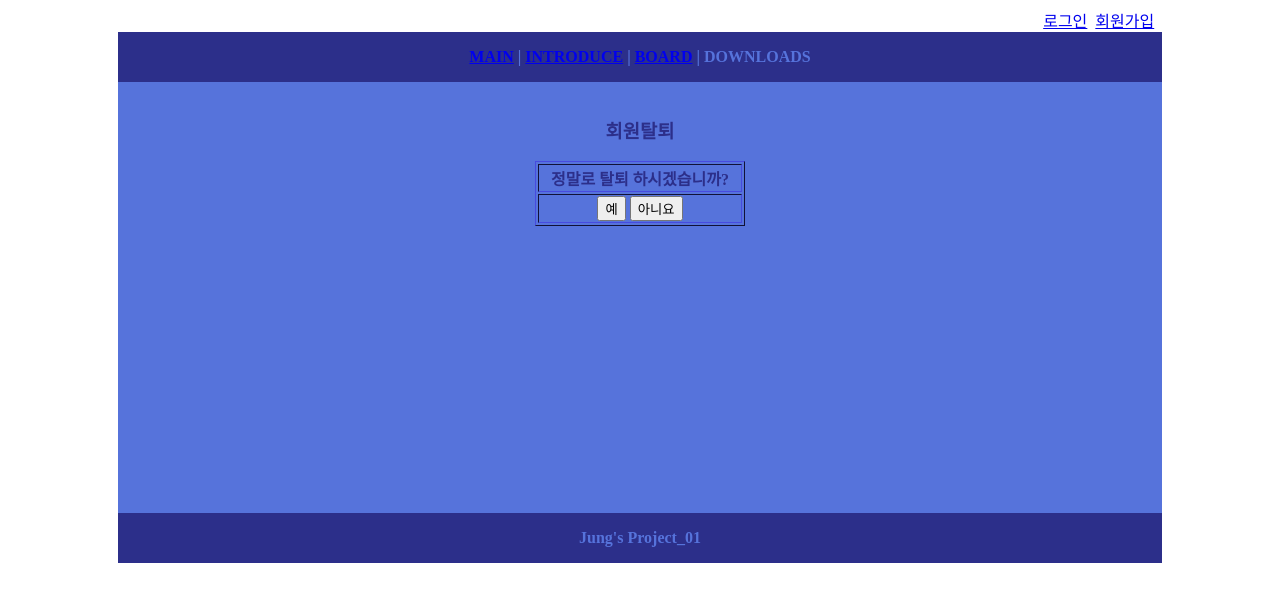
Repository: asas6306/Jungs_
Page: http://localhost/Board-Project1/WEB-INF/JSP/resignCheck.jsp
The author's editor kept a copy of each file at every save. The page is drawn from the files as they stood at one save, then again after the next save.
The browser window is 1280 px wide. The pictures show the whole page.
The page is served by Tomcat 9. Nobody is signed in. The template is opened directly, without the code that normally fills it, so the values that code supplies are empty.

Above is the page before, as saved 2021-01-27 07:38:52.

After the next save:
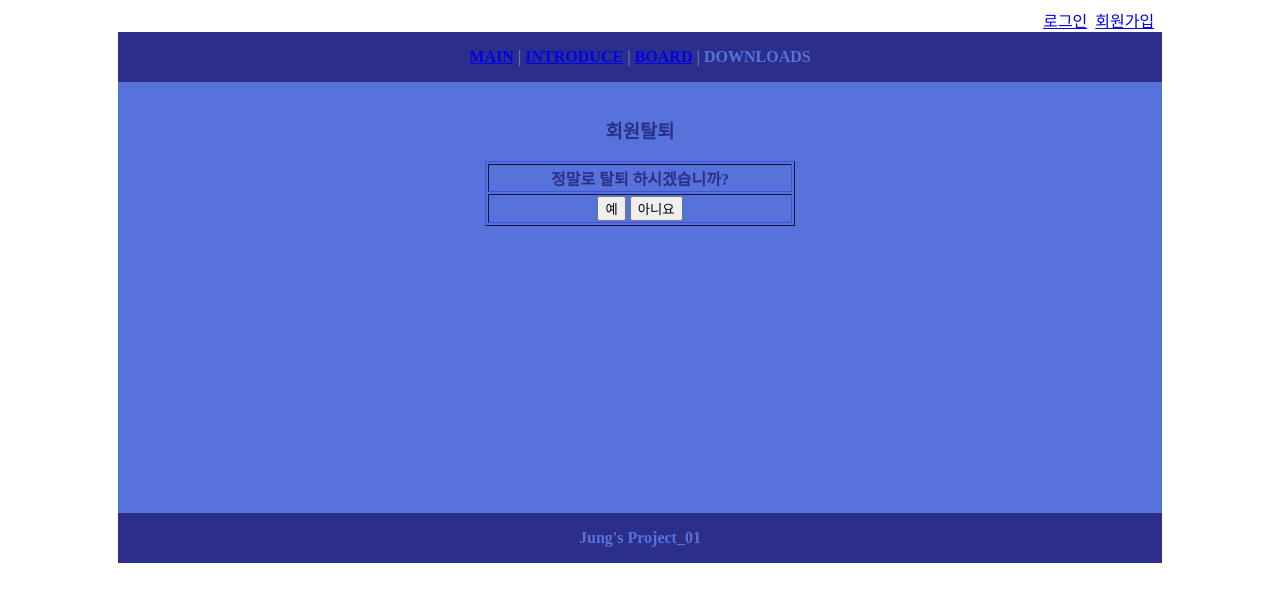
Saved 8 s later.
--- a/Board-Project1/WebContent/WEB-INF/JSP/resignCheck.jsp
+++ b/Board-Project1/WebContent/WEB-INF/JSP/resignCheck.jsp
@@ -10,7 +10,7 @@
 		<th>정말로 탈퇴 하시겠습니까?</th>
 	</tr>
 	<tr>
-		<td width="200px" align="center">
+		<td width="300px" align="center">
 			<input type="button" value="예">
 			<input type="button" value="아니요">
 		</td>
